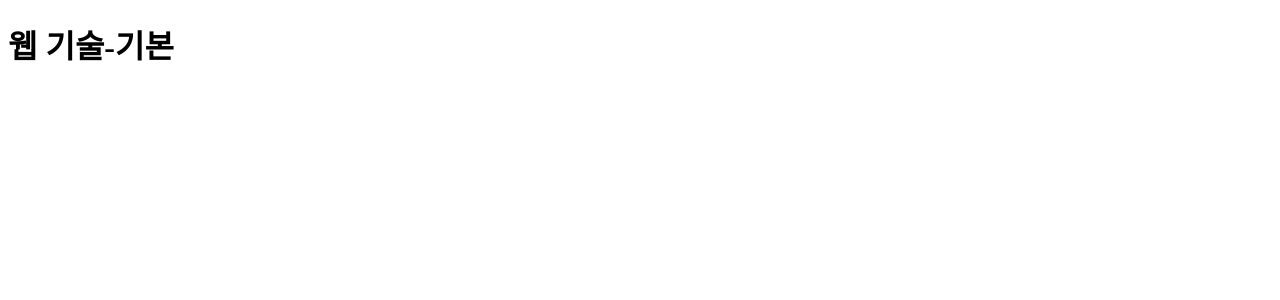
Repository: dudadab/Hhyundaiezwel_Academy
Page: CSS01/src/main/webapp/test1.html
These files come from the project's save history. The page is drawn as it stood at one moment and after the next save; the edit follows.
The browser window is 1280 px wide. The pictures show the whole page.

Above is the page before, as saved 2025-07-02 06:09:54.

### CSS01/src/main/webapp/test1.html
<!DOCTYPE html>
<html>
<head>
<meta charset="UTF-8">
<title>Insert title here</title>
</head>
<body>
	<h1>웹 기술-기본</h1>
</body>
</html>

After the next save:
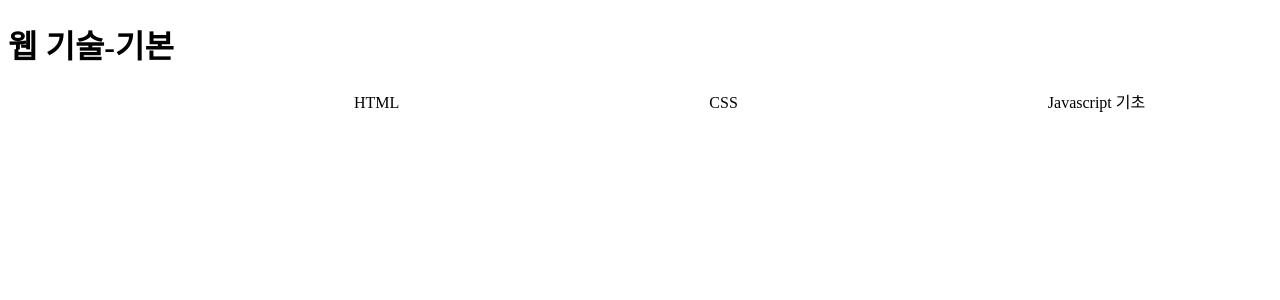
Saved 2 min 35 s later.
--- a/CSS01/src/main/webapp/test1.html
+++ b/CSS01/src/main/webapp/test1.html
@@ -3,8 +3,21 @@
 <head>
 <meta charset="UTF-8">
 <title>Insert title here</title>
+	<style type="text/css">
+		ul {list-style-type:none;}
+		li {
+			display:inline;
+
+			margin-left:25%;
+		}
+	</style>
 </head>
 <body>
 	<h1>웹 기술-기본</h1>
+	<ul>
+		<li id="HTML">HTML</li>
+		<li id="CSS">CSS</li>
+		<li id="Javascript">Javascript 기초</li>
+	</ul>
 </body>
 </html>
